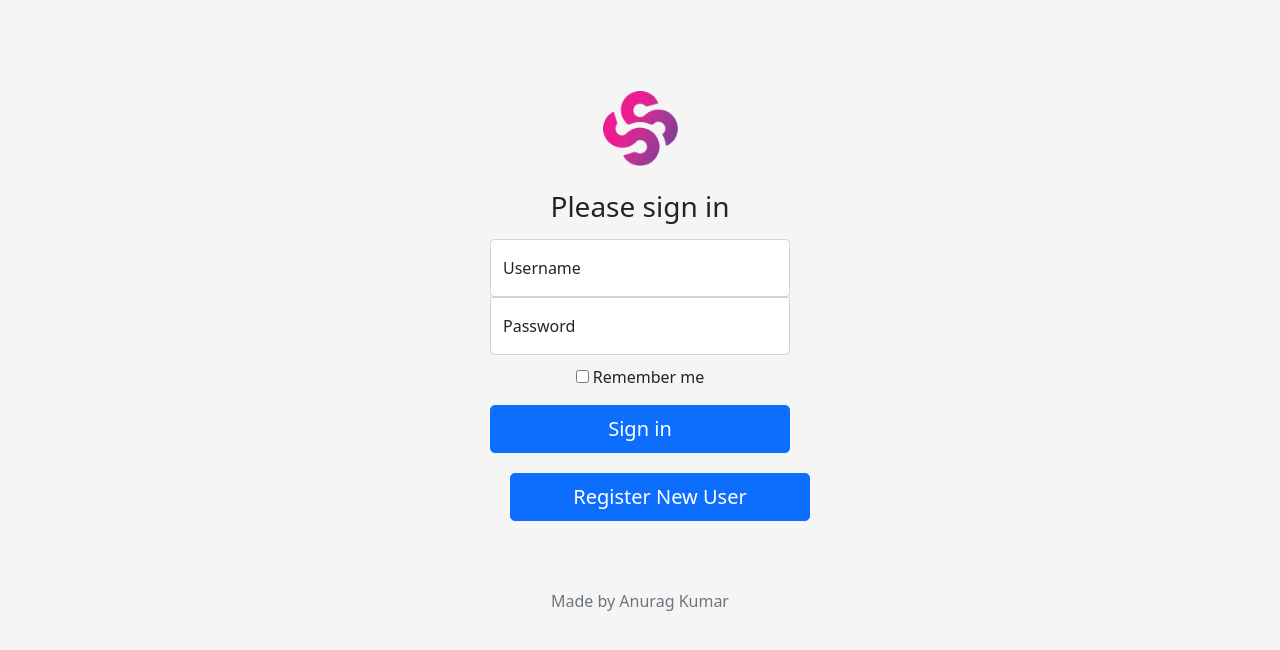
Repository: anuragkr41/FSDPhase3
Page: http://localhost/sporty-shoes/WEB-INF/view/login.jsp
These files come from the project's save history. The page is drawn as it stood at one moment and after the next save; the edit follows.
The browser window is 1280 px wide. The pictures show the whole page.
The page is served by Tomcat 9. Nobody is signed in. The template is opened directly, without the code that normally fills it, so the values that code supplies are empty.

Above is the page before, as saved 2021-07-25 17:32:24.

After the next save:
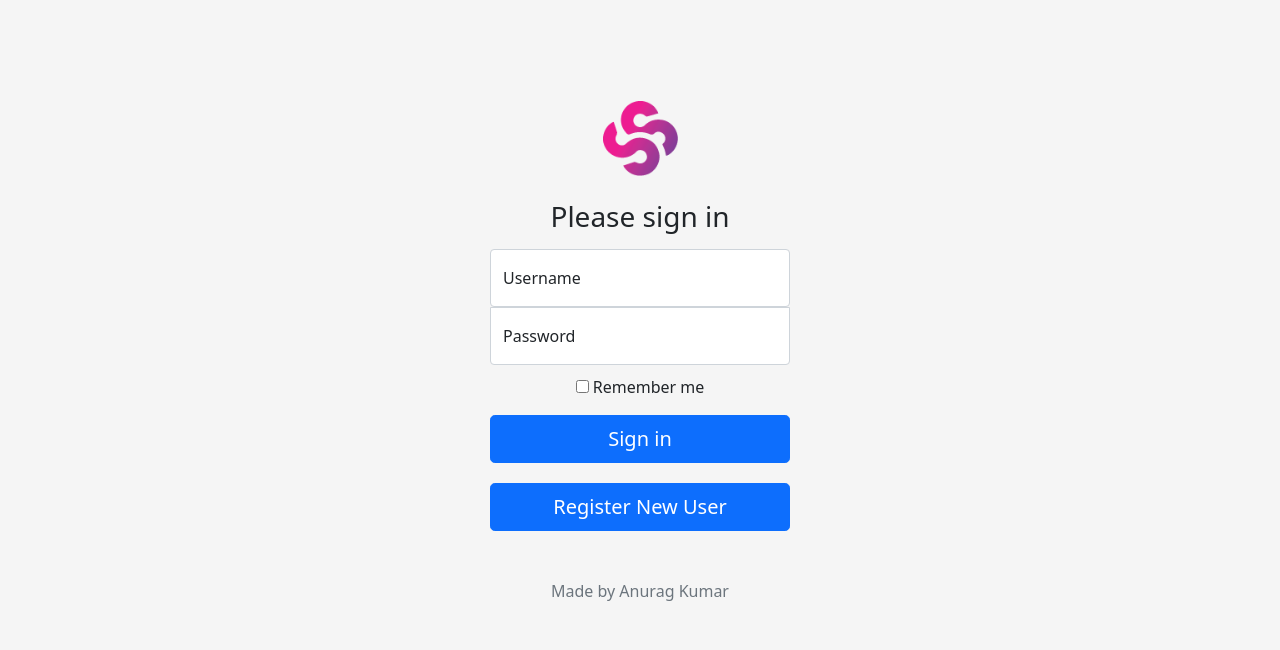
Saved 11 s later.
--- a/sporty-shoes/WebContent/WEB-INF/view/login.jsp
+++ b/sporty-shoes/WebContent/WEB-INF/view/login.jsp
@@ -65,7 +65,7 @@
         </label>
       </div>
      <button class="w-100 btn btn-lg btn-primary" type="submit">Sign in</button>
-     <button class="w-100 btn btn-lg btn-primary" style='margin: 20px' type="submit">Register New User</button>
+     <button class="w-100 btn btn-lg btn-primary" style='margin-top: 20px' type="submit">Register New User</button>
       <p class="mt-5 mb-3 text-muted"> Made by Anurag Kumar</p>
 
     </form:form>
